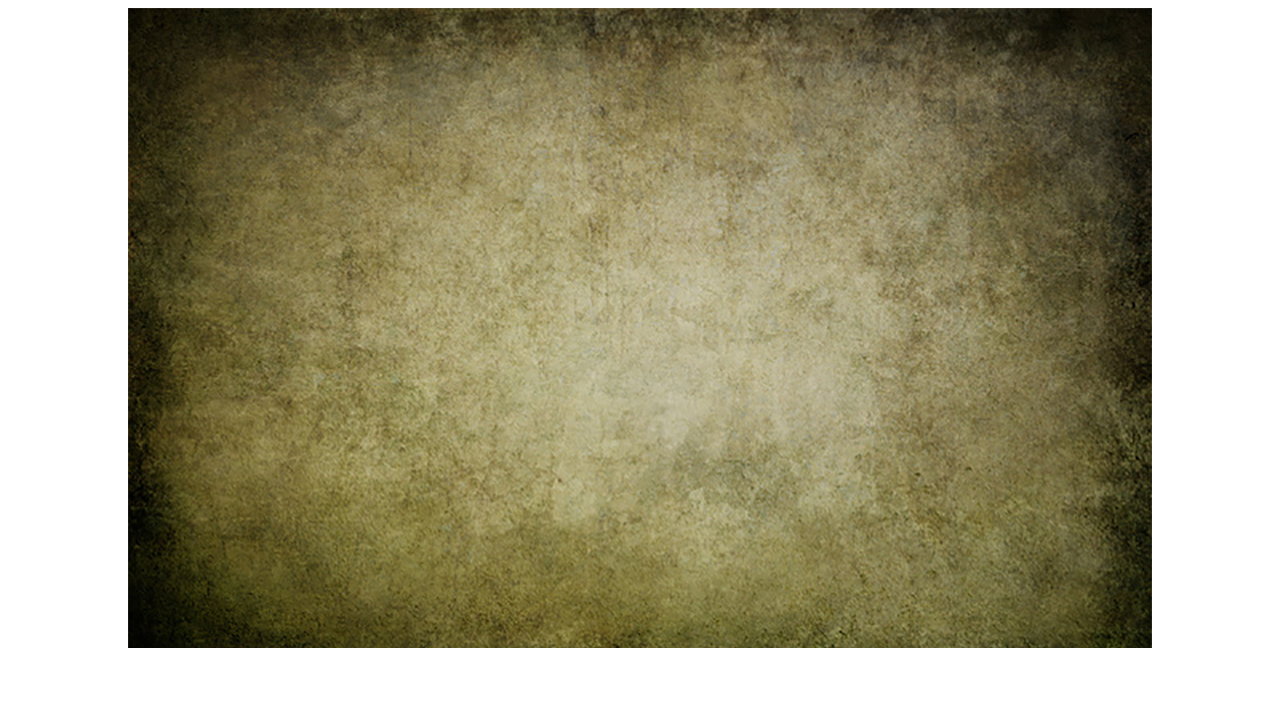
Repository: JuliaSivartsson/1dv403-jsigc09-laborationer
Page: 5-pwd/index.html
The author's editor kept a record of every edit. The page is drawn from the files as they stood at one moment, then again after the next edit.
The browser window is 1280 px wide. The pictures show the whole page.

Above is the page before.
Console error: TypeError: Cannot read properties of null (reading 'appendChild')

After the next edit:
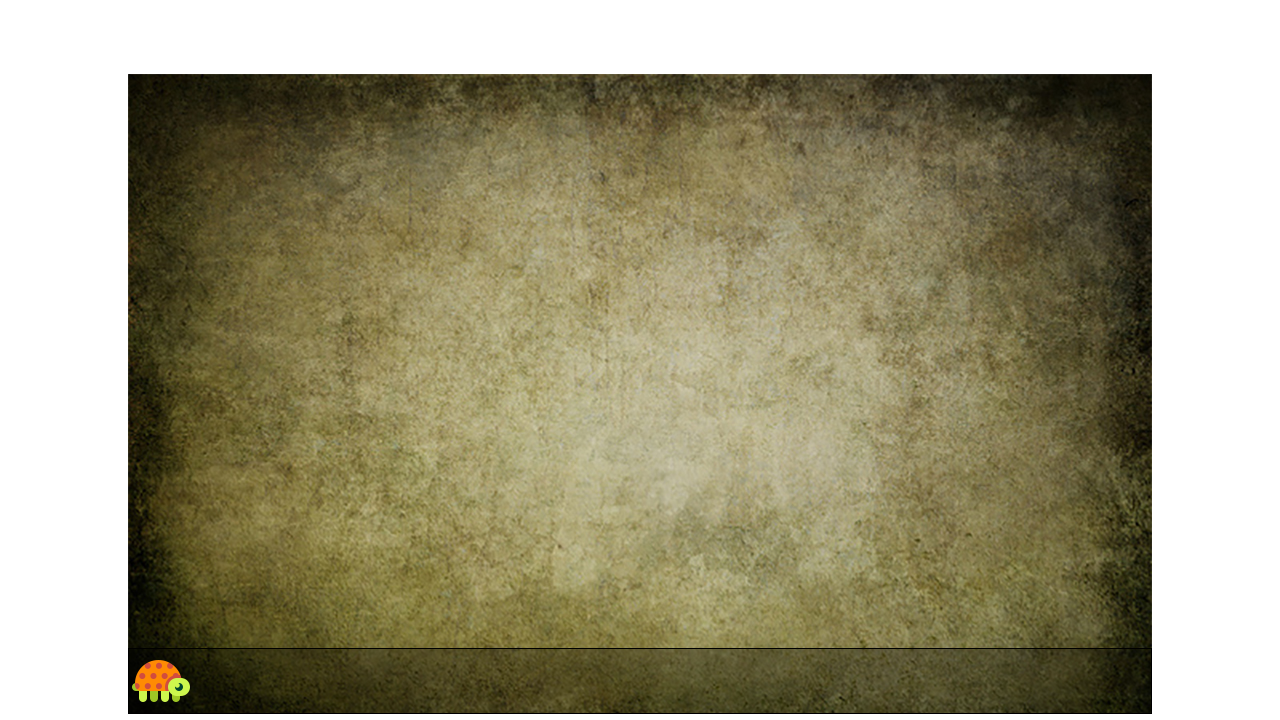
The error is gone.
The edit:
--- a/5-pwd/index.html
+++ b/5-pwd/index.html
@@ -7,7 +7,10 @@
     </head>
     <body>
         <div id="content">
+            <div id="bottom"></div>
         </div>
+
+
     <script src="js/script.js"></script>
 
     </body>
